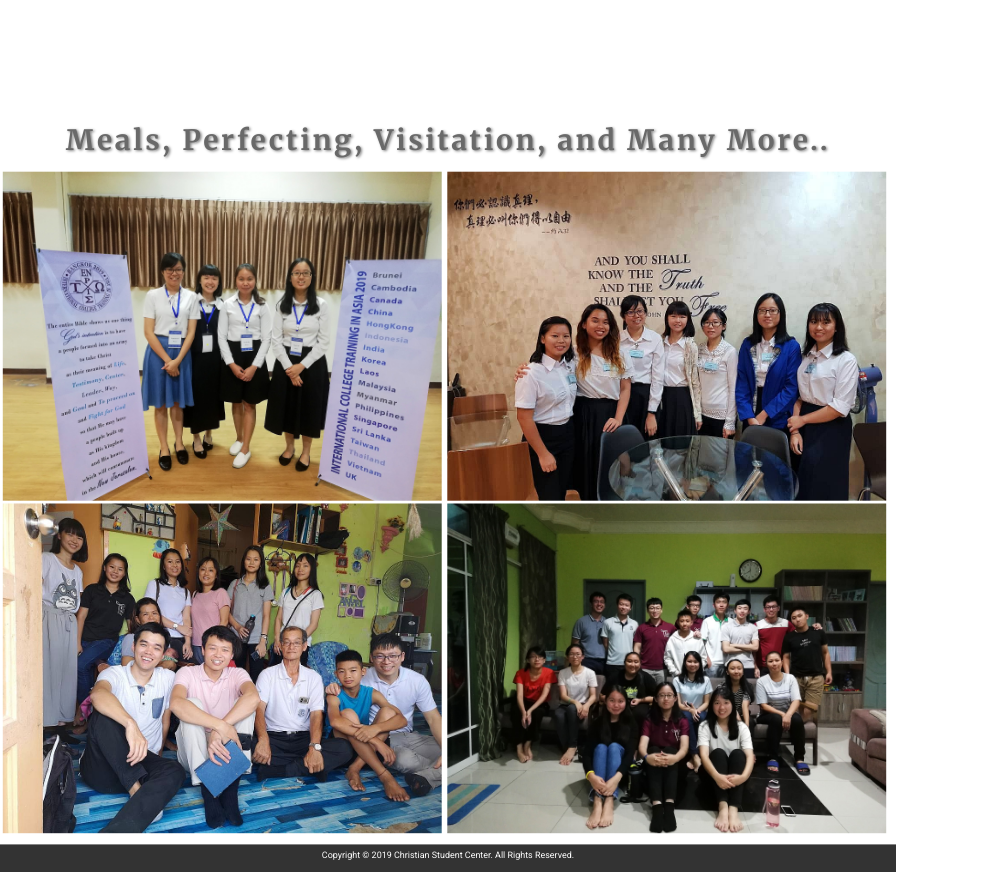
Repository: kongteckmee/christian-sc
Page: gallery.html
The author's editor kept a record of every edit. The page is drawn from the files as they stood at one moment, then again after the next edit.
The browser window is 1280 px wide. The page is 1420 px wide, so the pictures cover 1420 px, including what lies to the right of the window. The pictures show the part of the page from y = 1196 to 2916 px (the page is 2442 px tall before and 2916 px after), at 70% of full size.
Pictures or frames that could not be fetched are drawn as grey boxes. Some web libraries are served in a nearby version.

Above is the page before.

After the next edit:
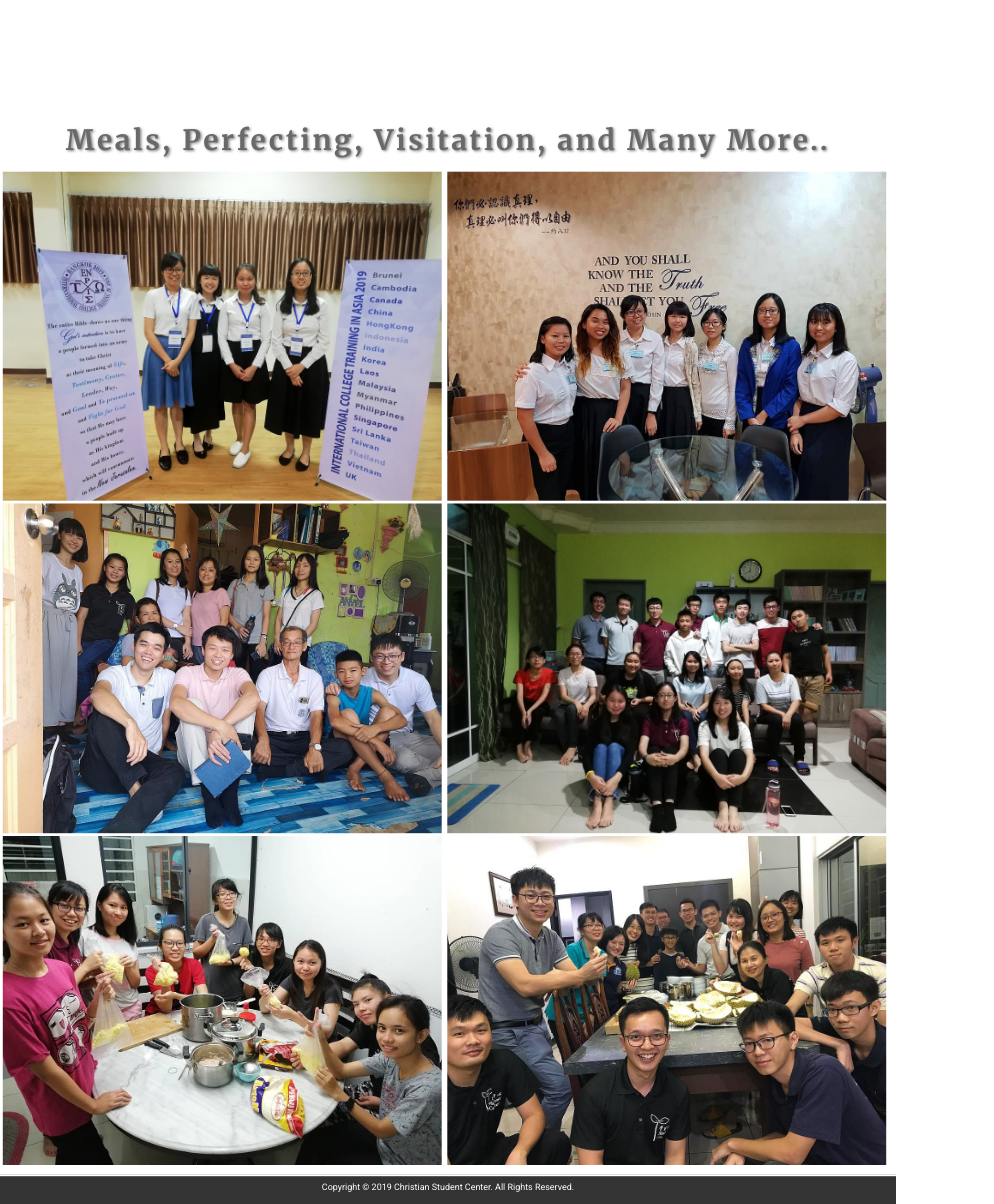
The edit:
--- a/gallery.html
+++ b/gallery.html
@@ -55,6 +55,8 @@
             <img src="assets/img/trainingsc-s.jpg">
             <img src="assets/img/visit-1-t.jpg">
             <img src="assets/img/visit-2-t.jpg">
+            <img src="assets/img/meal-s.jpg">
+            <img src="assets/img/meal-t.jpg">
         </div>
     </section>
     <footer>
